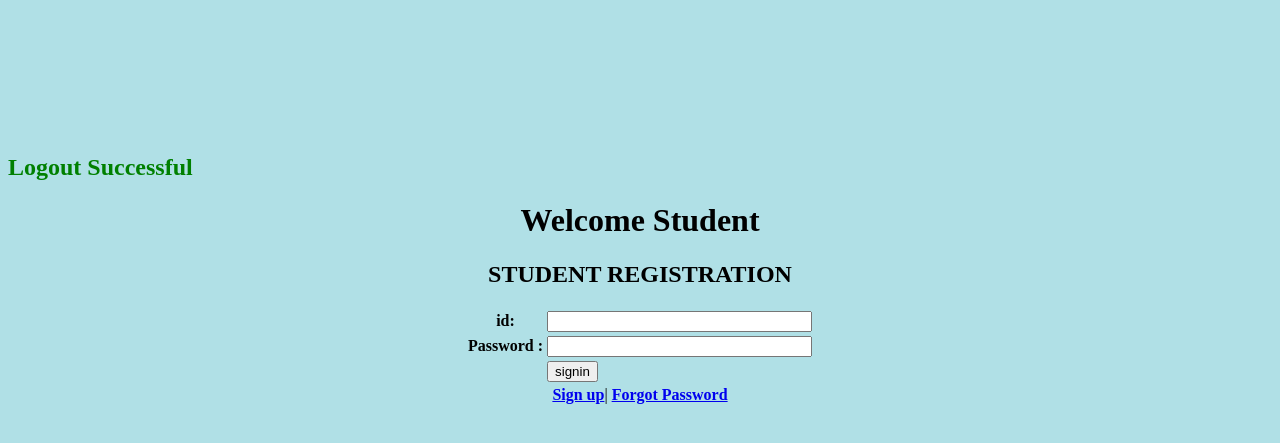
Repository: sachinmandloi1921/AdvanceJava
Page: http://localhost/Advance_Maven/logout.jsp
An editor plug-in stored every save of this project. The page is shown before and after the next save, followed by the edit.
The browser window is 1280 px wide. The pictures show the whole page.
The page is served by Tomcat 9. Other server files are loaded and not shown.

Above is the page before, as saved 2022-07-14 10:19:07.

### Advance Workspace/Advance_Maven/src/main/webapp/logout.jsp
<%@ page language="java" contentType="text/html; charset=ISO-8859-1"
	pageEncoding="ISO-8859-1"%>
<!DOCTYPE html>
<html>
<head>
<meta charset="ISO-8859-1">
<title>Logout Page</title>
</head>
<body>
	<%
		session.invalidate();
		RequestDispatcher rd = request.getRequestDispatcher("loginview.jsp");
		request.setAttribute("logout", "Logout Successful");
		rd.forward(request, response);
	%>
</body>
</html>

### Advance Workspace/Advance_Maven/src/main/webapp/loginview.jsp

<%@ page language="java" contentType="text/html; charset=ISO-8859-1"
	pageEncoding="ISO-8859-1"%>
<!DOCTYPE html>
<html>
<head>
<meta charset="ISO-8859-1">
<title>Insert title here</title>
</head>
<body style="background-color: powderblue">
	<form action="loginctrl" method="post">
		<br> <br> <br> <br> <br> <br> <br>
		<%
			String s = (String) request.getAttribute("msg");
			String L = (String) request.getAttribute("Lmsg");
			String P = (String) request.getAttribute("Pmsg");
			if (s != null) {
		%>
		<h1 style="color: red"><%=s%></h1>
		<%
			}
		%>

		<%
			String logout = (String) request.getAttribute("logout");
			if (logout != null) {
		%>
		<h2>
			<font color="green"><%=logout%></font>
		</h2>
		<%
			}
		%>

		<div align="center">
			<h1>Welcome Student</h1>

			<h2>STUDENT REGISTRATION</h2>
			<table>
				<tr>
					<th>id:</th>
					<td><input type="text" name="id" size=30 value=""> <font
						color="red"> <%
 	if (L != null) {
 %><%=L%> <%
 	}
 %></font></td>

				</tr>
				<tr>
					<th>Password :</th>
					<td><input type="password" name="pwd" size=30 value="">
						<font color="red"> <%
 	if (P != null) {
 %><%=P%> <%
 	}
 %>
					</font></td>
				</tr>

				<tr>
					<th></th>
					<td colspan="2"><input type="submit" name="operation"
						value="signin"> &nbsp;</td>
				</tr>
				<tr>
					<td colspan="2" align="center"><a href="RegView.jsp"><b>Sign
								up</b></a>| <a href="forgot.jsp"><b>Forgot Password</b></a> <a
						href="welcomeview.jsp>"></a></td>
				</tr>



			</table>
		</div>
</body>
</html>

After the next save:
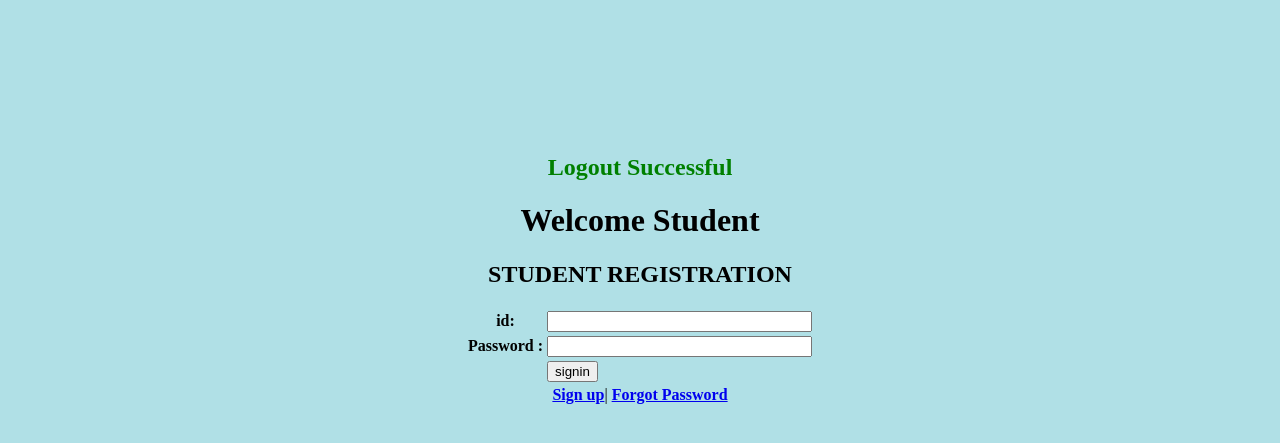
Saved 55 s later.
--- a/Advance Workspace/Advance_Maven/src/main/webapp/loginview.jsp
+++ b/Advance Workspace/Advance_Maven/src/main/webapp/loginview.jsp
@@ -25,9 +25,11 @@
 			String logout = (String) request.getAttribute("logout");
 			if (logout != null) {
 		%>
-		<h2>
-			<font color="green"><%=logout%></font>
-		</h2>
+		<center>
+			<h2>
+				<font color="green"><%=logout%></font>
+			</h2>
+		</center>
 		<%
 			}
 		%>
